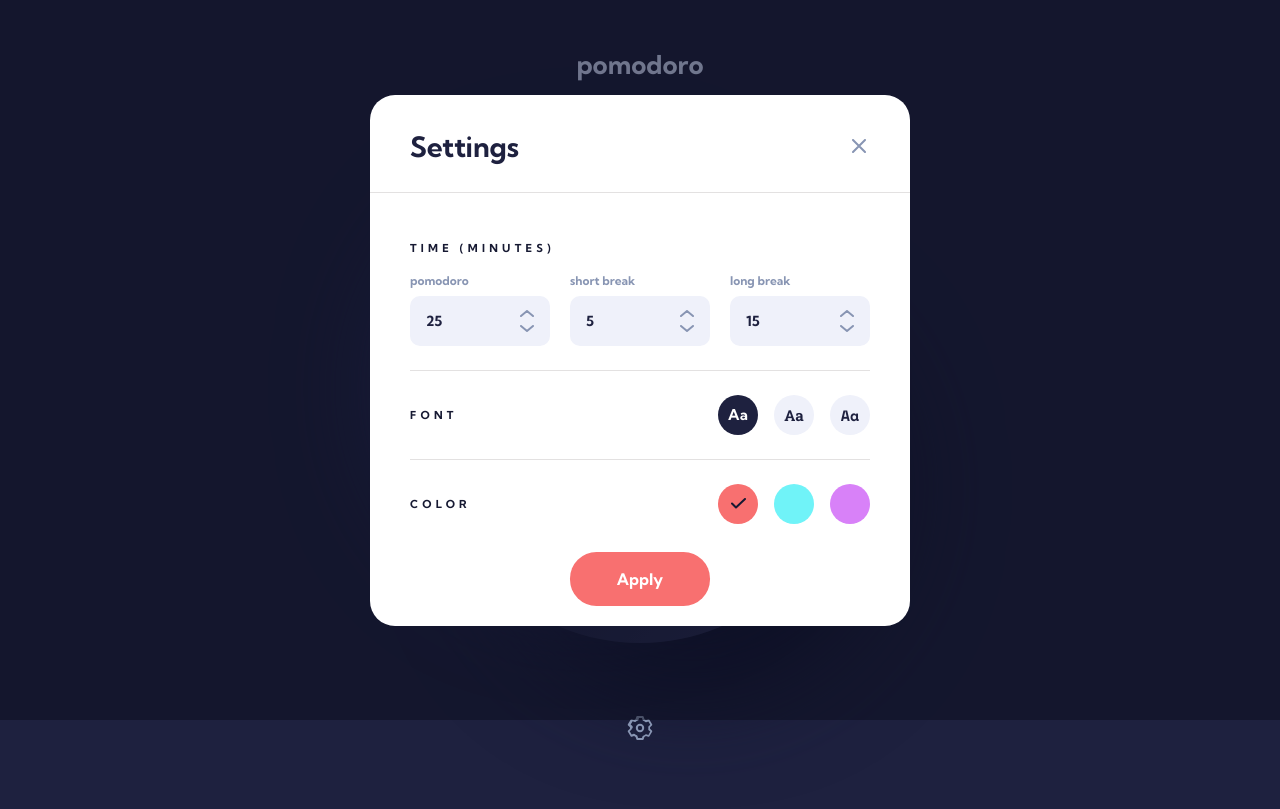
Repository: blordeus/pomodoro-app
Page: /, after clicking the first element matching `button.settings-trigger`
An editor plug-in stored every save of this project. The page is shown before and after a run of saves, followed by the edit.
The browser window is 1280 px wide. The pictures show the whole page.
The project was rebuilt for these pictures with package versions that can differ from the ones it lists, and the page was loaded fresh each time.

Above is the page before, as saved 2026-05-09 18:05:28.

### index.html
<!doctype html>
<html lang="en">
  <head>
    <meta charset="UTF-8" />
    <meta name="viewport" content="width=device-width, initial-scale=1.0" />
    <title>Pomodoro App</title>
  </head>
  <body>
    <div id="root"></div>
    <script type="module" src="/src/main.jsx"></script>
  </body>
</html>

### src/main.jsx
import React from 'react';
import { createRoot } from 'react-dom/client';
import './index.css';
import App from './App.jsx';

createRoot(document.getElementById('root')).render(
  <React.StrictMode>
    <App />
  </React.StrictMode>
);

### src/index.css
@import url('https://fonts.googleapis.com/css2?family=Kumbh+Sans:wght@400;700&family=Roboto+Slab:wght@400;700&family=Space+Mono:wght@400;700&display=swap');

/* ─── Design Tokens ─────────────────────────────────────────── */
:root {
  --bg: #1E213F;
  --surface: #161932;
  --surface-alt: #0D0E1C;
  --text-primary: #D7E0FF;
  --text-muted: #8895B3;
  --modal-bg: #FFFFFF;
  --modal-text: #161932;
  --modal-label: #1E213F;
  --modal-section-title: #161932;
  --input-bg: #EFF1FA;
  --input-text: #1E213F;
  --divider: #E3E1E1;

  /* Accent — overridden by useSettings via JS */
  --accent: #F87070;

  /* Font — overridden by useSettings via JS */
  --font-app: 'Kumbh Sans', sans-serif;

  /* Timer sizing */
  --timer-outer: 410px;
  --timer-inner: 340px;
  --timer-ring-size: 339px;
}

/* ─── Reset & Base ──────────────────────────────────────────── */
*, *::before, *::after {
  box-sizing: border-box;
  margin: 0;
  padding: 0;
}

body {
  font-family: var(--font-app);
  background-color: var(--bg);
  color: var(--text-primary);
  min-height: 100vh;
  transition: font-family 0.2s ease;
}

button {
  cursor: pointer;
  border: none;
  background: none;
  font-family: inherit;
}

/* ─── App Layout ────────────────────────────────────────────── */
.app {
  display: flex;
  flex-direction: column;
  align-items: center;
  padding: 48px 24px 56px;
  min-height: 100vh;
}

.app__title {
  font-size: 1.625rem;
  font-weight: 700;
  letter-spacing: 0;
  color: var(--text-primary);
  margin-bottom: 45px;
}

/* ─── Mode Selector ─────────────────────────────────────────── */
.mode-selector {
  display: flex;
  align-items: center;
  background-color: var(--surface);
  border-radius: 31.5px;
  padding: 8px;
  gap: 0;
  margin-bottom: 48px;
}

.mode-btn {
  font-family: var(--font-app);
  font-size: 0.75rem;
  font-weight: 700;
  color: var(--text-muted);
  border-radius: 26.5px;
  padding: 14px 24px;
  transition: color 0.25s ease, background-color 0.25s ease;
  white-space: nowrap;
}

.mode-btn:hover {
  color: var(--text-primary);
}

.mode-btn--active {
  background-color: var(--accent);
  color: var(--modal-label);
}

/* ─── Timer ─────────────────────────────────────────────────── */
.timer-wrapper {
  margin-bottom: 63px;
}

.timer-outer {
  width: var(--timer-outer);
  height: var(--timer-outer);
  border-radius: 50%;
  background: linear-gradient(315deg, #2E325A 0%, #0E112A 100%);
  box-shadow:
    -50px -50px 100px #272C5A,
    50px 50px 100px #121530;
  display: flex;
  align-items: center;
  justify-content: center;
}

.timer-inner {
  width: var(--timer-inner);
  height: var(--timer-inner);
  border-radius: 50%;
  background: var(--surface);
  display: flex;
  align-items: center;
  justify-content: center;
  position: relative;
}

.timer-ring {
  position: absolute;
  inset: 0;
  display: flex;
  align-items: center;
  justify-content: center;
  width: 100%;
  height: 100%;
  padding: 20px;
}

.progress-ring {
  overflow: visible;
  width: 100%;
  height: 100%;
}

.timer-face {
  position: relative;
  z-index: 1;
  display: flex;
  flex-direction: column;
  align-items: center;
  gap: 15px;
  padding: 20px 40px;
  border-radius: 50%;
  background: transparent;
  transition: opacity 0.15s ease;
}

.timer-face:hover .timer-action {
  color: var(--accent);
}

.timer-time {
  font-family: var(--font-app);
  font-size: 6.25rem;
  font-weight: 700;
  color: var(--text-primary);
  letter-spacing: -4px;
  line-height: 1;
}

.timer-action {
  font-family: var(--font-app);
  font-size: 0.875rem;
  font-weight: 700;
  letter-spacing: 13px;
  color: var(--text-primary);
  text-transform: uppercase;
  transition: color 0.2s ease;
  /* offset to account for letter-spacing on last char */
  padding-left: 13px;
}

/* ─── Settings Trigger ──────────────────────────────────────── */
.settings-trigger {
  color: var(--text-muted);
  transition: color 0.2s ease;
  padding: 8px;
}

.settings-trigger:hover {
  color: var(--text-primary);
}

/* ─── Settings Modal ────────────────────────────────────────── */
.modal-backdrop {
  position: fixed;
  inset: 0;
  background: rgba(10, 12, 28, 0.5);
  display: flex;
  align-items: center;
  justify-content: center;
  z-index: 100;
  padding: 24px;
}

.modal {
  background: var(--modal-bg);
  border-radius: 25px;
  width: 100%;
  max-width: 540px;
  position: relative;
  overflow: visible;
}

.modal__header {
  display: flex;
  align-items: center;
  justify-content: space-between;
  padding: 34px 40px 28px;
  border-bottom: 1px solid var(--divider);
}

.modal__title {
  font-size: 1.75rem;
  font-weight: 700;
  color: var(--modal-label);
}

.modal__close {
  color: var(--text-muted);
  padding: 4px;
  transition: color 0.2s ease;
  display: flex;
  align-items: center;
  justify-content: center;
}

.modal__close:hover {
  color: var(--modal-label);
}

.modal__body {
  padding: 24px 40px;
}

.modal__section {
  padding: 24px 0;
}

.modal__section--row {
  display: flex;
  align-items: center;
  justify-content: space-between;
}

.modal__section-title {
  font-size: 0.6875rem;
  font-weight: 700;
  letter-spacing: 4.23px;
  color: var(--modal-section-title);
  text-transform: uppercase;
  margin-bottom: 18px;
}

.modal__section--row .modal__section-title {
  margin-bottom: 0;
}

.modal__time-inputs {
  display: flex;
  gap: 20px;
}

.modal__divider {
  height: 1px;
  background: var(--divider);
}

.modal__options {
  display: flex;
  gap: 16px;
  align-items: center;
}

.modal__footer {
  display: flex;
  justify-content: center;
  padding-bottom: 0;
  /* Apply button overlaps the bottom of the modal */
  margin-top: -20px;
  margin-bottom: 20px;
}

/* ─── TimeInput ─────────────────────────────────────────────── */
.time-input {
  flex: 1;
  display: flex;
  flex-direction: column;
  gap: 8px;
}

.time-input__label {
  font-size: 0.75rem;
  font-weight: 700;
  color: var(--text-muted);
}

.time-input__control {
  display: flex;
  align-items: center;
  justify-content: space-between;
  background: var(--input-bg);
  border-radius: 10px;
  padding: 14px 16px;
}

.time-input__value {
  font-size: 0.875rem;
  font-weight: 700;
  color: var(--input-text);
}

.time-input__arrows {
  display: flex;
  flex-direction: column;
  gap: 8px;
}

.time-input__arrow {
  color: #8895B3;
  display: flex;
  align-items: center;
  justify-content: center;
  transition: color 0.15s ease;
  padding: 0;
  line-height: 1;
}

.time-input__arrow:hover {
  color: var(--input-text);
}

/* ─── Font Buttons ──────────────────────────────────────────── */
.font-btn {
  width: 40px;
  height: 40px;
  border-radius: 50%;
  font-size: 0.9375rem;
  font-weight: 700;
  background: var(--input-bg);
  color: var(--modal-label);
  display: flex;
  align-items: center;
  justify-content: center;
  transition: background-color 0.2s ease, color 0.2s ease;
}

.font-btn--active {
  background: var(--modal-label);
  color: var(--modal-bg);
}

/* ─── Color Buttons ─────────────────────────────────────────── */
.color-btn {
  width: 40px;
  height: 40px;
  border-radius: 50%;
  position: relative;
  transition: opacity 0.2s ease;
}

.color-btn:hover {
  opacity: 0.85;
}

.color-btn--active::after {
  content: '';
  position: absolute;
  inset: 0;
  display: flex;
  align-items: center;
  justify-content: center;
  background-image: url("data:[embedded picture, 244 characters]");
  background-repeat: no-repeat;
  background-position: center;
}

/* ─── Apply Button ──────────────────────────────────────────── */
.apply-btn {
  font-family: var(--font-app);
  font-size: 1rem;
  font-weight: 700;
  color: white;
  background: var(--accent);
  border-radius: 26.5px;
  padding: 17px 47px;
  transition: filter 0.2s ease;
}

.apply-btn:hover {
  filter: brightness(1.15);
}

/* ─── Responsive ────────────────────────────────────────────── */
@media (max-width: 600px) {
  :root {
    --timer-outer: 300px;
    --timer-inner: 267px;
    --timer-ring-size: 248px;
  }

  .app {
    padding: 32px 24px 48px;
  }

  .app__title {
    margin-bottom: 40px;
  }

  .mode-selector {
    margin-bottom: 45px;
  }

  .mode-btn {
    padding: 11px 16px;
    font-size: 0.6875rem;
  }

  .timer-time {
    font-size: 5rem;
    letter-spacing: -3px;
  }

  .timer-wrapper {
    margin-bottom: 56px;
  }

  /* Settings modal: stack time inputs vertically */
  .modal__time-inputs {
    flex-direction: column;
    gap: 8px;
  }

  .time-input {
    flex-direction: row;
    align-items: center;
    justify-content: space-between;
  }

  .time-input__label {
    flex-shrink: 0;
  }

  .modal__header {
    padding: 28px 24px 24px;
  }

  .modal__body {
    padding: 24px 24px;
  }

  .modal__section--row {
    flex-direction: column;
    align-items: center;
    gap: 18px;
    text-align: center;
  }

  .modal__section-title {
    margin-bottom: 0;
  }
}

### src/App.jsx
import React, { useState } from 'react';
import { useTimer } from './hooks/useTimer';
import { useSettings } from './hooks/useSettings';
import ModeSelector from './components/ModeSelector';
import TimerDisplay from './components/TimerDisplay';
import SettingsModal from './components/SettingsModal';

const App = () => {
  const { settings, applySettings } = useSettings();
  const { mode, status, formattedTime, progress, start, pause, restart, switchMode } = useTimer(settings);
  const [showSettings, setShowSettings] = useState(false);

  return (
    <div className="app">
      <h1 className="app__title">pomodoro</h1>

      <ModeSelector mode={mode} onSwitch={switchMode} />

      <TimerDisplay
        formattedTime={formattedTime}
        progress={progress}
        status={status}
        onStart={start}
        onPause={pause}
        onRestart={restart}
      />

      <button
        className="settings-trigger"
        onClick={() => setShowSettings(true)}
        aria-label="Open settings"
      >
        <svg width="28" height="28" viewBox="0 0 28 28" xmlns="http://www.w3.org/2000/svg" fill="currentColor">
          <path fillRule="evenodd" clipRule="evenodd" d="M14 9.8a4.2 4.2 0 100 8.4 4.2 4.2 0 000-8.4zM11.8 14a2.2 2.2 0 114.4 0 2.2 2.2 0 01-4.4 0z"/>
          <path fillRule="evenodd" clipRule="evenodd" d="M11.28 2a1 1 0 00-.97.757L9.6 5.09a9.14 9.14 0 00-1.49.863L5.75 5.2a1 1 0 00-1.163.44l-2.72 4.71a1 1 0 00.22 1.247l1.87 1.57a9.225 9.225 0 000 1.664l-1.87 1.57a1 1 0 00-.22 1.247l2.72 4.71a1 1 0 001.163.44l2.36-.753c.469.332.965.625 1.49.863l.71 2.333A1 1 0 0011.28 26h5.44a1 1 0 00.97-.757l.71-2.333a9.14 9.14 0 001.49-.863l2.36.753a1 1 0 001.163-.44l2.72-4.71a1 1 0 00-.22-1.247l-1.87-1.57a9.22 9.22 0 000-1.664l1.87-1.57a1 1 0 00.22-1.247l-2.72-4.71A1 1 0 0022.25 5.2l-2.36.753a9.14 9.14 0 00-1.49-.863l-.71-2.333A1 1 0 0016.72 2h-5.44zm.793 2h3.854l.636 2.088a1 1 0 00.643.664 7.14 7.14 0 012.122 1.228 1 1 0 00.928.163l2.115-.675 1.927 3.338-1.674 1.406a1 1 0 00-.35.926c.053.352.08.71.08 1.062s-.027.71-.08 1.062a1 1 0 00.35.926l1.674 1.406-1.927 3.338-2.115-.675a1 1 0 00-.928.163 7.14 7.14 0 01-2.122 1.228 1 1 0 00-.643.664L15.927 24h-3.854l-.636-2.088a1 1 0 00-.643-.664 7.14 7.14 0 01-2.122-1.228 1 1 0 00-.928-.163l-2.115.675-1.927-3.338 1.674-1.406a1 1 0 00.35-.926A7.27 7.27 0 016.646 14c0-.352.027-.71.08-1.062a1 1 0 00-.35-.926L4.702 10.606l1.927-3.338 2.115.675a1 1 0 00.928-.163A7.14 7.14 0 0111.794 6.57a1 1 0 00.643-.664L13.073 4z"/>
        </svg>
      </button>

      {showSettings && (
        <SettingsModal
          settings={settings}
          onApply={applySettings}
          onClose={() => setShowSettings(false)}
        />
      )}
    </div>
  );
};

export default App;

### src/hooks/useSettings.js
import { useState, useEffect } from 'react';

const STORAGE_KEY = 'pomodoro-settings';

const DEFAULT_SETTINGS = {
  pomodoro: 25,
  shortBreak: 5,
  longBreak: 15,
  font: 'kumbh',   // kumbh | roboto | mono
  color: 'red',    // red | cyan | purple
};

export const useSettings = () => {
  const [settings, setSettings] = useState(() => {
    try {
      const saved = localStorage.getItem(STORAGE_KEY);
      return saved ? { ...DEFAULT_SETTINGS, ...JSON.parse(saved) } : DEFAULT_SETTINGS;
    } catch {
      return DEFAULT_SETTINGS;
    }
  });

  // Apply font + color to :root whenever settings change
  useEffect(() => {
    const root = document.documentElement;

    const fontMap = {
      kumbh: "'Kumbh Sans', sans-serif",
      roboto: "'Roboto Slab', serif",
      mono: "'Space Mono', monospace",
    };

    const colorMap = {
      red: '#F87070',
      cyan: '#70F3F8',
      purple: '#D881F8',
    };

    root.style.setProperty('--accent', colorMap[settings.color]);
    root.style.setProperty('--font-app', fontMap[settings.font]);
  }, [settings.font, settings.color]);

  const applySettings = (newSettings) => {
    const merged = { ...settings, ...newSettings };
    setSettings(merged);
    try {
      localStorage.setItem(STORAGE_KEY, JSON.stringify(merged));
    } catch {
      // storage unavailable, silently continue
    }
  };

  return { settings, applySettings };
};

### src/components/ModeSelector.jsx
import React, { useState } from 'react';

const LABELS = {
  pomodoro: 'pomodoro',
  shortBreak: 'short break',
  longBreak: 'long break',
};

const ModeSelector = ({ mode, onSwitch }) => {
  return (
    <nav className="mode-selector" aria-label="Timer mode">
      {Object.entries(LABELS).map(([key, label]) => (
        <button
          key={key}
          className={`mode-btn${mode === key ? ' mode-btn--active' : ''}`}
          onClick={() => onSwitch(key)}
          aria-pressed={mode === key}
        >
          {label}
        </button>
      ))}
    </nav>
  );
};

export default ModeSelector;

### src/components/TimerDisplay.jsx
import React, { useState } from 'react';
import CircularProgress from './CircularProgress';

const ACTION_LABELS = {
  idle: 'START',
  running: 'PAUSE',
  paused: 'RESUME',
  complete: 'RESTART',
};

const TimerDisplay = ({ formattedTime, progress, status, onStart, onPause, onRestart }) => {
  const actionLabel = ACTION_LABELS[status];

  const handleAction = () => {
    if (status === 'idle' || status === 'paused') onStart();
    else if (status === 'running') onPause();
    else if (status === 'complete') onRestart();
  };

  return (
    <div className="timer-wrapper">
      {/* Outer decorative circle with layered shadow effect */}
      <div className="timer-outer">
        <div className="timer-inner">
          {/* SVG progress ring sits behind the content */}
          <div className="timer-ring">
            <CircularProgress progress={progress} />
          </div>
          {/* Time + action button */}
          <button
            className="timer-face"
            onClick={handleAction}
            aria-label={`${actionLabel} timer, time remaining ${formattedTime}`}
          >
            <span className="timer-time">{formattedTime}</span>
            <span className="timer-action">{actionLabel}</span>
          </button>
        </div>
      </div>
    </div>
  );
};

export default TimerDisplay;

### src/components/SettingsModal.jsx
import React, { useState } from 'react';
import TimeInput from './TimeInput';

const FONTS = [
  { key: 'kumbh', label: 'Aa', style: { fontFamily: "'Kumbh Sans', sans-serif" } },
  { key: 'roboto', label: 'Aa', style: { fontFamily: "'Roboto Slab', serif" } },
  { key: 'mono', label: 'Aa', style: { fontFamily: "'Space Mono', monospace" } },
];

const COLORS = [
  { key: 'red', hex: '#F87070' },
  { key: 'cyan', hex: '#70F3F8' },
  { key: 'purple', hex: '#D881F8' },
];

const SettingsModal = ({ settings, onApply, onClose }) => {
  const [draft, setDraft] = useState({ ...settings });

  const update = (key, value) => setDraft((prev) => ({ ...prev, [key]: value }));

  const handleApply = () => {
    onApply(draft);
    onClose();
  };

  // Close on backdrop click
  const handleBackdrop = (e) => {
    if (e.target === e.currentTarget) onClose();
  };

  return (
    <div className="modal-backdrop" onClick={handleBackdrop} role="dialog" aria-modal="true" aria-labelledby="settings-title">
      <div className="modal">
        <div className="modal__header">
          <h2 className="modal__title" id="settings-title">Settings</h2>
          <button className="modal__close" onClick={onClose} aria-label="Close settings">
            <svg width="14" height="14" viewBox="0 0 14 14" xmlns="http://www.w3.org/2000/svg">
              <path d="M1 1l12 12M13 1L1 13" stroke="currentColor" strokeWidth="2" strokeLinecap="round"/>
            </svg>
          </button>
        </div>

        <div className="modal__body">
          {/* Time inputs */}
          <section className="modal__section">
            <h3 className="modal__section-title">Time (Minutes)</h3>
            <div className="modal__time-inputs">
              <TimeInput
                label="pomodoro"
                value={draft.pomodoro}
                onChange={(v) => update('pomodoro', v)}
              />
              <TimeInput
                label="short break"
                value={draft.shortBreak}
                onChange={(v) => update('shortBreak', v)}
              />
              <TimeInput
                label="long break"
                value={draft.longBreak}
                onChange={(v) => update('longBreak', v)}
              />
            </div>
          </section>

          <div className="modal__divider" />

          {/* Font picker */}
          <section className="modal__section modal__section--row">
            <h3 className="modal__section-title">Font</h3>
            <div className="modal__options">
              {FONTS.map(({ key, label, style }) => (
                <button
                  key={key}
                  className={`font-btn${draft.font === key ? ' font-btn--active' : ''}`}
                  style={style}
                  onClick={() => update('font', key)}
                  aria-label={`Font ${key}`}
                  aria-pressed={draft.font === key}
                >
                  {label}
                </button>
              ))}
            </div>
          </section>

          <div className="modal__divider" />

          {/* Color picker */}
          <section className="modal__section modal__section--row">
            <h3 className="modal__section-title">Color</h3>
            <div className="modal__options">
              {COLORS.map(({ key, hex }) => (
                <button
                  key={key}
                  className={`color-btn${draft.color === key ? ' color-btn--active' : ''}`}
                  style={{ backgroundColor: hex }}
                  onClick={() => update('color', key)}
                  aria-label={`Color ${key}`}
                  aria-pressed={draft.color === key}
                />
              ))}
            </div>
          </section>
        </div>

        <div className="modal__footer">
          <button className="apply-btn" onClick={handleApply}>
            Apply
          </button>
        </div>
      </div>
    </div>
  );
};

export default SettingsModal;

### src/components/CircularProgress.jsx
import React, { useState } from 'react';

const CircularProgress = ({ progress, size = 339, strokeWidth = 10 }) => {
  const radius = (size - strokeWidth) / 2;
  const circumference = 2 * Math.PI * radius;
  const offset = circumference - progress * circumference;

  return (
    <svg
      width="100%"
      height="100%"
      viewBox={`0 0 ${size} ${size}`}
      className="progress-ring"
      aria-hidden="true"
    >
      {/* Track (background ring) — invisible, just for spacing */}
      <circle
        cx={size / 2}
        cy={size / 2}
        r={radius}
        fill="none"
        stroke="transparent"
        strokeWidth={strokeWidth}
      />
      {/* Progress arc */}
      <circle
        cx={size / 2}
        cy={size / 2}
        r={radius}
        fill="none"
        stroke="var(--accent)"
        strokeWidth={strokeWidth}
        strokeLinecap="round"
        strokeDasharray={circumference}
        strokeDashoffset={offset}
        // Start at 12 o'clock (default SVG starts at 3 o'clock)
        transform={`rotate(-90 ${size / 2} ${size / 2})`}
        style={{ transition: 'stroke-dashoffset 0.5s linear' }}
      />
    </svg>
  );
};

export default CircularProgress;

### src/components/TimeInput.jsx
import React, { useState } from 'react';

const TimeInput = ({ label, value, onChange, min = 1, max = 60 }) => {
  const increment = () => onChange(Math.min(max, value + 1));
  const decrement = () => onChange(Math.max(min, value - 1));

  return (
    <div className="time-input">
      <label className="time-input__label" htmlFor={`time-${label}`}>
        {label}
      </label>
      <div className="time-input__control">
        <span className="time-input__value" id={`time-${label}`} aria-live="polite">
          {value}
        </span>
        <div className="time-input__arrows" aria-hidden="true">
          <button
            className="time-input__arrow"
            onClick={increment}
            aria-label={`Increase ${label}`}
            tabIndex={0}
          >
            <svg width="14" height="7" viewBox="0 0 14 7" xmlns="http://www.w3.org/2000/svg">
              <path d="M1 6l6-5 6 5" stroke="currentColor" strokeWidth="2" fill="none" strokeLinecap="round" strokeLinejoin="round"/>
            </svg>
          </button>
          <button
            className="time-input__arrow"
            onClick={decrement}
            aria-label={`Decrease ${label}`}
            tabIndex={0}
          >
            <svg width="14" height="7" viewBox="0 0 14 7" xmlns="http://www.w3.org/2000/svg">
              <path d="M1 1l6 5 6-5" stroke="currentColor" strokeWidth="2" fill="none" strokeLinecap="round" strokeLinejoin="round"/>
            </svg>
          </button>
        </div>
      </div>
    </div>
  );
};

export default TimeInput;

Loaded but not shown: src/hooks/useTimer.js (72 lines, source omitted)

After the next 2 saves:
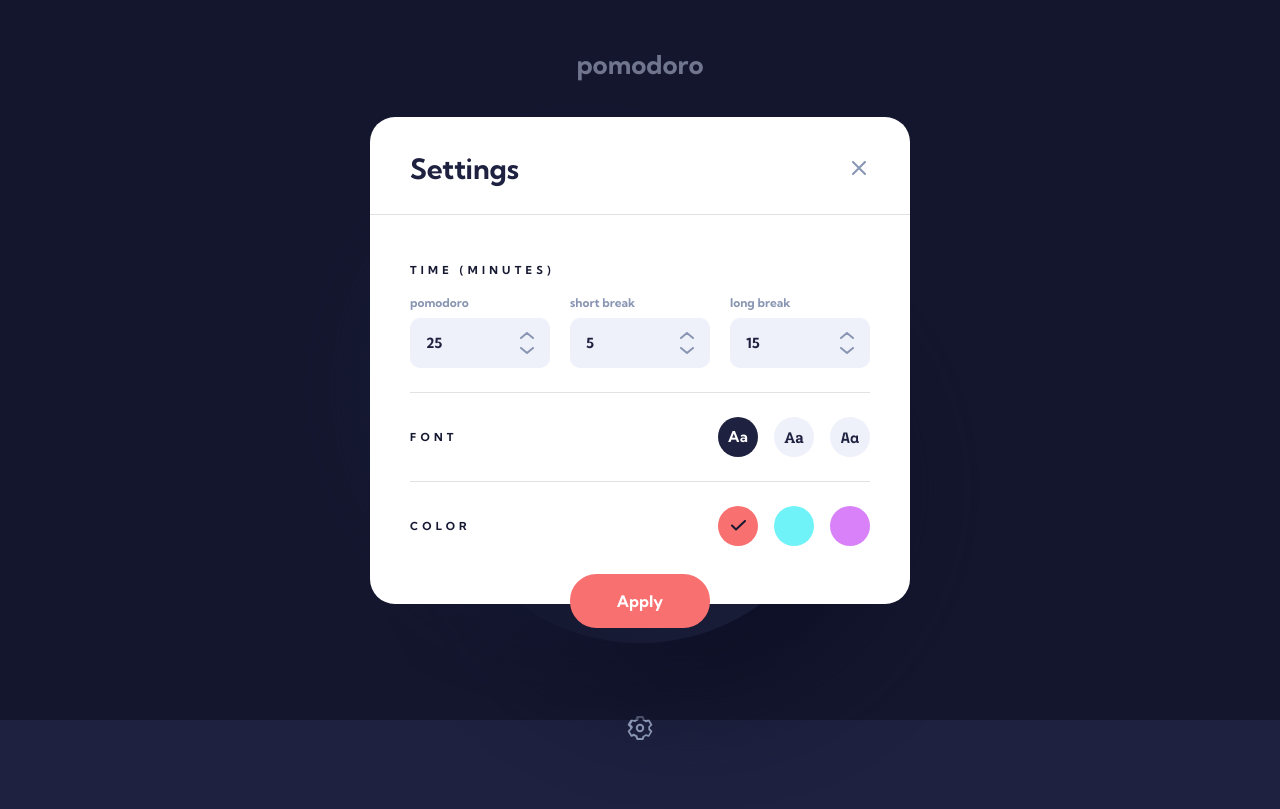
The 2 saves are shown as one change because they came seconds apart.
The last was saved 6 s later.
--- a/src/index.css
+++ b/src/index.css
@@ -289,7 +289,7 @@ button {
   padding-bottom: 0;
   /* Apply button overlaps the bottom of the modal */
   margin-top: -20px;
-  margin-bottom: 20px;
+  margin-bottom: -24px;
 }
 
 /* ─── TimeInput ─────────────────────────────────────────────── */
